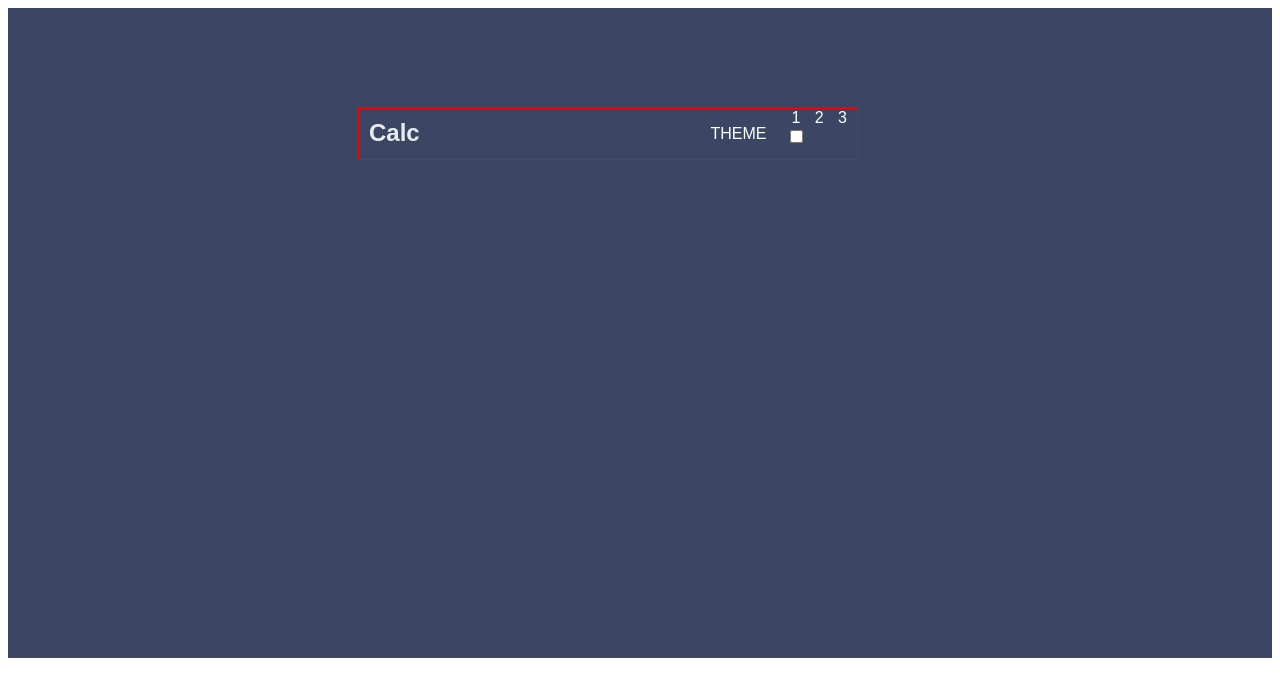
Repository: Bakyproit/Calcutor
Page: SimpleCalculatorApp.html
An editor plug-in stored every save of this project. The page is shown before and after the next save, followed by the edit.
The browser window is 1280 px wide. The pictures show the whole page.

Above is the page before, as saved 2022-02-09 15:41:12.

### SimpleCalculatorApp.html
<!DOCTYPE html>
<html lang="en">
<head>
    <meta charset="UTF-8">
    <meta http-equiv="X-UA-Compatible" content="IE=edge">
    <meta name="viewport" content="width=device-width, initial-scale=1.0">
    <title>SimpleCalculatorApp</title>
    <link rel="stylesheet" href="asset/App.css">
    <link rel="stylesheet" href="asset/grid.css">
</head>
<body>
    <div class="container">
        <div class="app">
            <div class="app__title">
                <h1 class="app__title-name">Calc</h1>
                <div class="app__title-theme">
                    <p class="app__title-theme-name">THEME</p>
                    <div class="app__title-theme-box">
                        <div class="app__title-theme-box-number">
                            <span class="app__title-theme-box-number-1">1</span>
                            <span class="app__title-theme-box-number-2">2</span>
                            <span class="app__title-theme-box-number-3">3</span>
                        </div>
                        <div class="app__title-theme-box-toggle">
                            <label for="toggle-input" class="toggle">
                                <input type="checkbox" id="toggle-input" class="toggle__checkbox">
                                <div class="toggle__bar">
                                    <div class="toggle__spin"></div>
                                </div>
                            </label>
                        </div>
                    </div>
                </div>
            </div>
        </div>
    </div>
</body>
</html>

### asset/App.css
html{
    font-family:Arial, Helvetica, sans-serif ;
    box-sizing: border-box;
    padding: 0 ;
    margin: 0;
}
h1{
    margin: 0;
}

.container{
    height: 650px;
    width: 100%;
    background-color: #3b4664;
    position: relative;
}
.app{
    width: 500px;
    position:absolute ;
    top:100px ;
    left:350px;

}
.app__title{
    border:1px solid red ;
    display: flex;
    justify-content:space-between;

}
.app__title-name{
    color : #e9ebf0 ;
    font-size: 24px;
    padding: 10px;
}
.app__title-theme{
    display: flex;
}
.app__title-theme-name{
    color :20px ;
    color:#fcfeff ;
    margin-right: 20px;
}
.app__title-theme-box{
    display: flex;
    flex-direction: column;
    padding-right: 5px;
}
.app__title-theme-box-number{
    color : #f8ffff ;
}
.app__title-theme-box-number-1{
    padding: 0 5px;
}
.app__title-theme-box-number-2{
    padding: 0 5px;

}
.app__title-theme-box-number-3{
    padding: 0 5px;

}
.app__title-theme-box-toggle{

}
.toggle{

}
.toggle__checkbox{

}
.toggle__bar{

}
.toggle__spin{

}

### asset/grid.css
.grid {
    width: 100%;
    display: block;
    padding: 0;

}

.grid.wide {
    max-width: 1200px;
    margin: 0 auto;
}

.row {
    display: flex;
    flex-wrap: wrap;
    margin-left: -4px;
    margin-right: -4px;
}

.row.no-gutters {
    margin-left: 0;
    margin-right: 0;
}

.col {
    padding-left: 4px;
    padding-right: 4px;
}

.row.no-gutters .col {
    padding-left: 0;
    padding-right: 0;
}

.c-0 {
    display: none;
}

.c-1 {
    flex: 0 0 8.33333%;
    max-width: 8.33333%;
}

.c-2 {
    flex: 0 0 16.66667%;
    max-width: 16.66667%;
}

.c-3 {
    flex: 0 0 25%;
    max-width: 25%;
}

.c-4 {
    flex: 0 0 33.33333%;
    max-width: 33.33333%;
}

.c-5 {
    flex: 0 0 41.66667%;
    max-width: 41.66667%;
}

.c-6 {
    flex: 0 0 50%;
    max-width: 50%;
}

.c-7 {
    flex: 0 0 58.33333%;
    max-width: 58.33333%;
}

.c-8 {
    flex: 0 0 66.66667%;
    max-width: 66.66667%;
}

.c-9 {
    flex: 0 0 75%;
    max-width: 75%;
}

.c-10 {
    flex: 0 0 83.33333%;
    max-width: 83.33333%;
}

.c-11 {
    flex: 0 0 91.66667%;
    max-width: 91.66667%;
}

.c-12 {
    flex: 0 0 100%;
    max-width: 100%;
}

.c-o-1 {
    margin-left: 8.33333%;
}

.c-o-2 {
    margin-left: 16.66667%;
}

.c-o-3 {
    margin-left: 25%;
}

.c-o-4 {
    margin-left: 33.33333%;
}

.c-o-5 {
    margin-left: 41.66667%;
}

.c-o-6 {
    margin-left: 50%;
}

.c-o-7 {
    margin-left: 58.33333%;
}

.c-o-8 {
    margin-left: 66.66667%;
}

.c-o-9 {
    margin-left: 75%;
}

.c-o-10 {
    margin-left: 83.33333%;
}

.c-o-11 {
    margin-left: 91.66667%;
}

/* >= Tablet */
@media (min-width: 740px) {
    .row {
        margin-left: -8px;
        margin-right: -8px;
    }

    .col {
        padding-left: 8px;
        padding-right: 8px;
    }

    .m-0 {
        display: none;
    }

    .m-1,
    .m-2,
    .m-3,
    .m-4,
    .m-5,
    .m-6,
    .m-7,
    .m-8,
    .m-9,
    .m-10,
    .m-11,
    .m-12 {
        display: block;
    }

    .m-1 {
        flex: 0 0 8.33333%;
        max-width: 8.33333%;
    }

    .m-2 {
        flex: 0 0 16.66667%;
        max-width: 16.66667%;
    }

    .m-3 {
        flex: 0 0 25%;
        max-width: 25%;
    }

    .m-4 {
        flex: 0 0 33.33333%;
        max-width: 33.33333%;
    }

    .m-5 {
        flex: 0 0 41.66667%;
        max-width: 41.66667%;
    }

    .m-6 {
        flex: 0 0 50%;
        max-width: 50%;
    }

    .m-7 {
        flex: 0 0 58.33333%;
        max-width: 58.33333%;
    }

    .m-8 {
        flex: 0 0 66.66667%;
        max-width: 66.66667%;
    }

    .m-9 {
        flex: 0 0 75%;
        max-width: 75%;
    }

    .m-10 {
        flex: 0 0 83.33333%;
        max-width: 83.33333%;
    }

    .m-11 {
        flex: 0 0 91.66667%;
        max-width: 91.66667%;
    }

    .m-12 {
        flex: 0 0 100%;
        max-width: 100%;
    }

    .m-o-1 {
        margin-left: 8.33333%;
    }

    .m-o-2 {
        margin-left: 16.66667%;
    }

    .m-o-3 {
        margin-left: 25%;
    }

    .m-o-4 {
        margin-left: 33.33333%;
    }

    .m-o-5 {
        margin-left: 41.66667%;
    }

    .m-o-6 {
        margin-left: 50%;
    }

    .m-o-7 {
        margin-left: 58.33333%;
    }

    .m-o-8 {
        margin-left: 66.66667%;
    }

    .m-o-9 {
        margin-left: 75%;
    }

    .m-o-10 {
        margin-left: 83.33333%;
    }

    .m-o-11 {
        margin-left: 91.66667%;
    }
}

/* PC medium resolution > */
@media (min-width: 1113px) {
    .row {
        margin-left: -6px;
        margin-right: -6px;
    }

    .row.sm-gutter {
        margin-left: -5px;
        margin-right: -5px;
    }

    .col {
        padding-left: 6px;
        padding-right: 6px;
    }

    .row.sm-gutter .col {
        padding-left: 5px;
        padding-right: 5px;
    }

    .l-0 {
        display: none;
    }

    .l-1,
    .l-2,
    .l-2-4,
    .l-3,
    .l-4,
    .l-5,
    .l-6,
    .l-7,
    .l-8,
    .l-9,
    .l-10,
    .l-11,
    .l-12 {
        display: block;
    }

    .l-1 {
        flex: 0 0 8.33333%;
        max-width: 8.33333%;
    }

    .l-2 {
        flex: 0 0 16.66667%;
        max-width: 16.66667%;
    }

    .l-2-4 {
        flex: 0 0 20%;
        max-width: 20%;
    }

    .l-3 {
        flex: 0 0 25%;
        max-width: 25%;
    }

    .l-4 {
        flex: 0 0 33.33333%;
        max-width: 33.33333%;
    }

    .l-5 {
        flex: 0 0 41.66667%;
        max-width: 41.66667%;
    }

    .l-6 {
        flex: 0 0 50%;
        max-width: 50%;
    }

    .l-7 {
        flex: 0 0 58.33333%;
        max-width: 58.33333%;
    }

    .l-8 {
        flex: 0 0 66.66667%;
        max-width: 66.66667%;
    }

    .l-9 {
        flex: 0 0 75%;
        max-width: 75%;
    }

    .l-10 {
        flex: 0 0 83.33333%;
        max-width: 83.33333%;
    }

    .l-11 {
        flex: 0 0 91.66667%;
        max-width: 91.66667%;
    }

    .l-12 {
        flex: 0 0 100%;
        max-width: 100%;
    }

    .l-o-1 {
        margin-left: 8.33333%;
    }

    .l-o-2 {
        margin-left: 16.66667%;
    }

    .l-o-3 {
        margin-left: 25%;
    }

    .l-o-4 {
        margin-left: 33.33333%;
    }

    .l-o-5 {
        margin-left: 41.66667%;
    }

    .l-o-6 {
        margin-left: 50%;
    }

    .l-o-7 {
        margin-left: 58.33333%;
    }

    .l-o-8 {
        margin-left: 66.66667%;
    }

    .l-o-9 {
        margin-left: 75%;
    }

    .l-o-10 {
        margin-left: 83.33333%;
    }

    .l-o-11 {
        margin-left: 91.66667%;
    }
}

/* Tablet - PC low resolution */
@media (min-width: 740px) and (max-width: 1023px) {
    .wide {
        width: 644px;
    }
}

/* > PC low resolution */
@media (min-width: 1024px) and (max-width: 1239px) {
    .wide {
        width: 984px;
    }

    .wide .row {
        margin-left: -12px;
        margin-right: -12px;
    }

    .wide .row.sm-gutter {
        margin-left: -5px;
        margin-right: -5px;
    }

    .wide .col {
        padding-left: 12px;
        padding-right: 12px;
    }

    .wide .row.sm-gutter .col {
        padding-left: 5px;
        padding-right: 5px;
    }

    .wide .l-0 {
        display: none;
    }

    .wide .l-1,
    .wide .l-2,
    .wide .l-2-4,
    .wide .l-3,
    .wide .l-4,
    .wide .l-5,
    .wide .l-6,
    .wide .l-7,
    .wide .l-8,
    .wide .l-9,
    .wide .l-10,
    .wide .l-11,
    .wide .l-12 {
        display: block;
    }

    .wide .l-1 {
        flex: 0 0 8.33333%;
        max-width: 8.33333%;
    }

    .wide .l-2 {
        flex: 0 0 16.66667%;
        max-width: 16.66667%;
    }

    .wide .l-2-4 {
        flex: 0 0 20%;
        max-width: 20%;
    }

    .wide .l-3 {
        flex: 0 0 25%;
        max-width: 25%;
    }

    .wide .l-4 {
        flex: 0 0 33.33333%;
        max-width: 33.33333%;
    }

    .wide .l-5 {
        flex: 0 0 41.66667%;
        max-width: 41.66667%;
    }

    .wide .l-6 {
        flex: 0 0 50%;
        max-width: 50%;
    }

    .wide .l-7 {
        flex: 0 0 58.33333%;
        max-width: 58.33333%;
    }

    .wide .l-8 {
        flex: 0 0 66.66667%;
        max-width: 66.66667%;
    }

    .wide .l-9 {
        flex: 0 0 75%;
        max-width: 75%;
    }

    .wide .l-10 {
        flex: 0 0 83.33333%;
        max-width: 83.33333%;
    }

    .wide .l-11 {
        flex: 0 0 91.66667%;
        max-width: 91.66667%;
    }

    .wide .l-12 {
        flex: 0 0 100%;
        max-width: 100%;
    }

    .wide .l-o-1 {
        margin-left: 8.33333%;
    }

    .wide .l-o-2 {
        margin-left: 16.66667%;
    }

    .wide .l-o-3 {
        margin-left: 25%;
    }

    .wide .l-o-4 {
        margin-left: 33.33333%;
    }

    .wide .l-o-5 {
        margin-left: 41.66667%;
    }

    .wide .l-o-6 {
        margin-left: 50%;
    }

    .wide .l-o-7 {
        margin-left: 58.33333%;
    }

    .wide .l-o-8 {
        margin-left: 66.66667%;
    }

    .wide .l-o-9 {
        margin-left: 75%;
    }

    .wide .l-o-10 {
        margin-left: 83.33333%;
    }

    .wide .l-o-11 {
        margin-left: 91.66667%;
    }
}

After the next save:
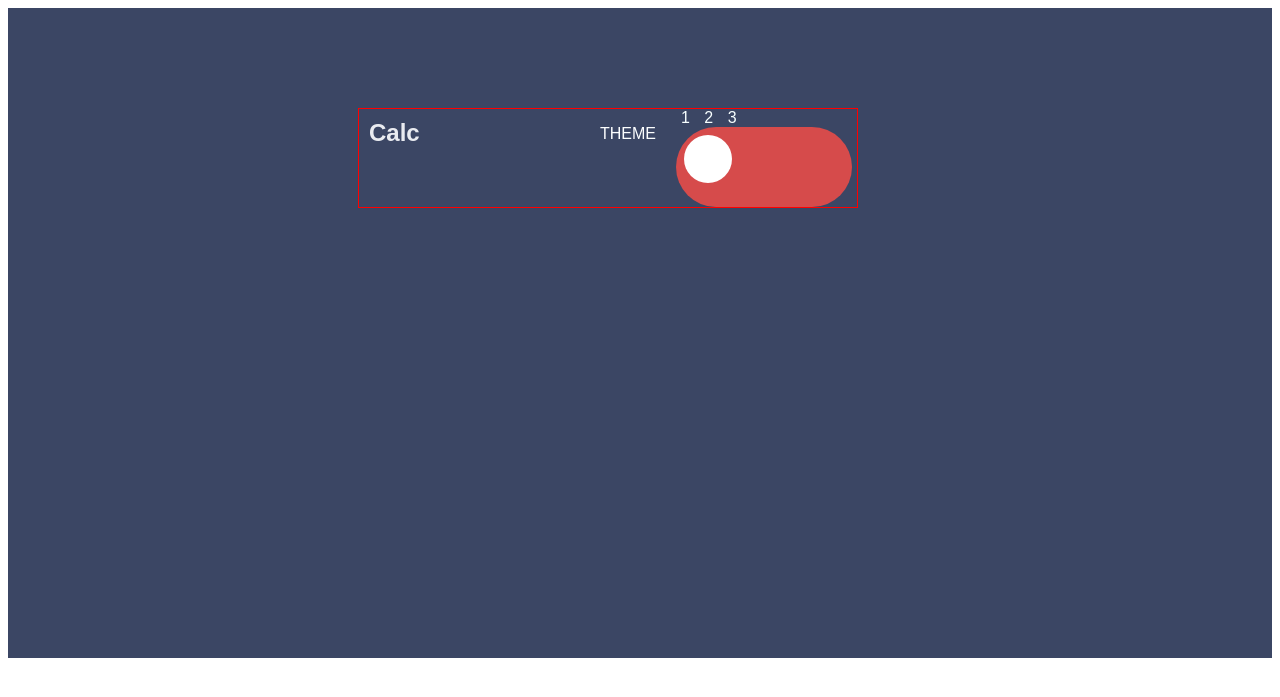
Saved 38 s later.
--- a/asset/App.css
+++ b/asset/App.css
@@ -62,15 +62,27 @@ h1{
 .app__title-theme-box-toggle{
 
 }
-.toggle{
-
-}
 .toggle__checkbox{
-
+    display: none;
 }
 .toggle__bar{
-
+    width: 10rem;
+    height: 4rem;
+    background-color: rgb(214, 75, 75);
+    border-radius: 5rem;
+    /* transition: background-color 4s linear; */
+    padding: 8px;
 }
 .toggle__spin{
-
+    width: 3rem;
+    height: 3rem;
+    background-color: white ;
+    border-radius: 3rem;
+    transition: transform .3s linear;
 }
+.toggle__checkbox:checked ~ .toggle__bar{
+    background-color: orange;
+}
+.toggle__checkbox:checked + .toggle__bar .toggle__spin {
+    transform: translateX(6rem);
+}
